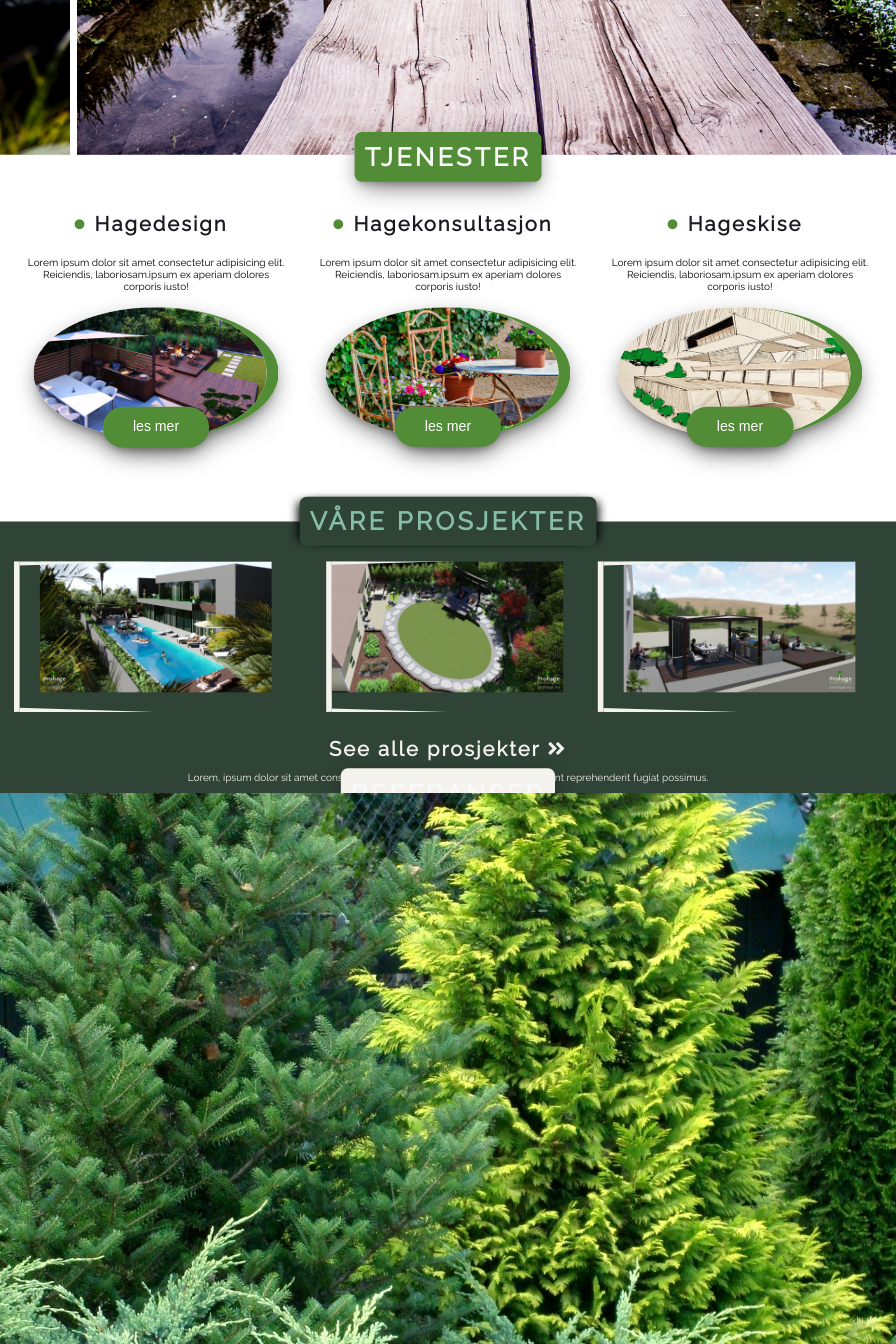
Repository: marinazzz/garden-design-website
Page: index.html
An editor plug-in stored every save of this project. The page is shown before and after the next save, followed by the edit.
The browser window is 1280 px wide. The pictures show the part of the page from y = 780 to 2700 px (the page is 4133 px tall), at 70% of full size.

Above is the page before, as saved 2020-04-05 13:35:27.

After the next save:
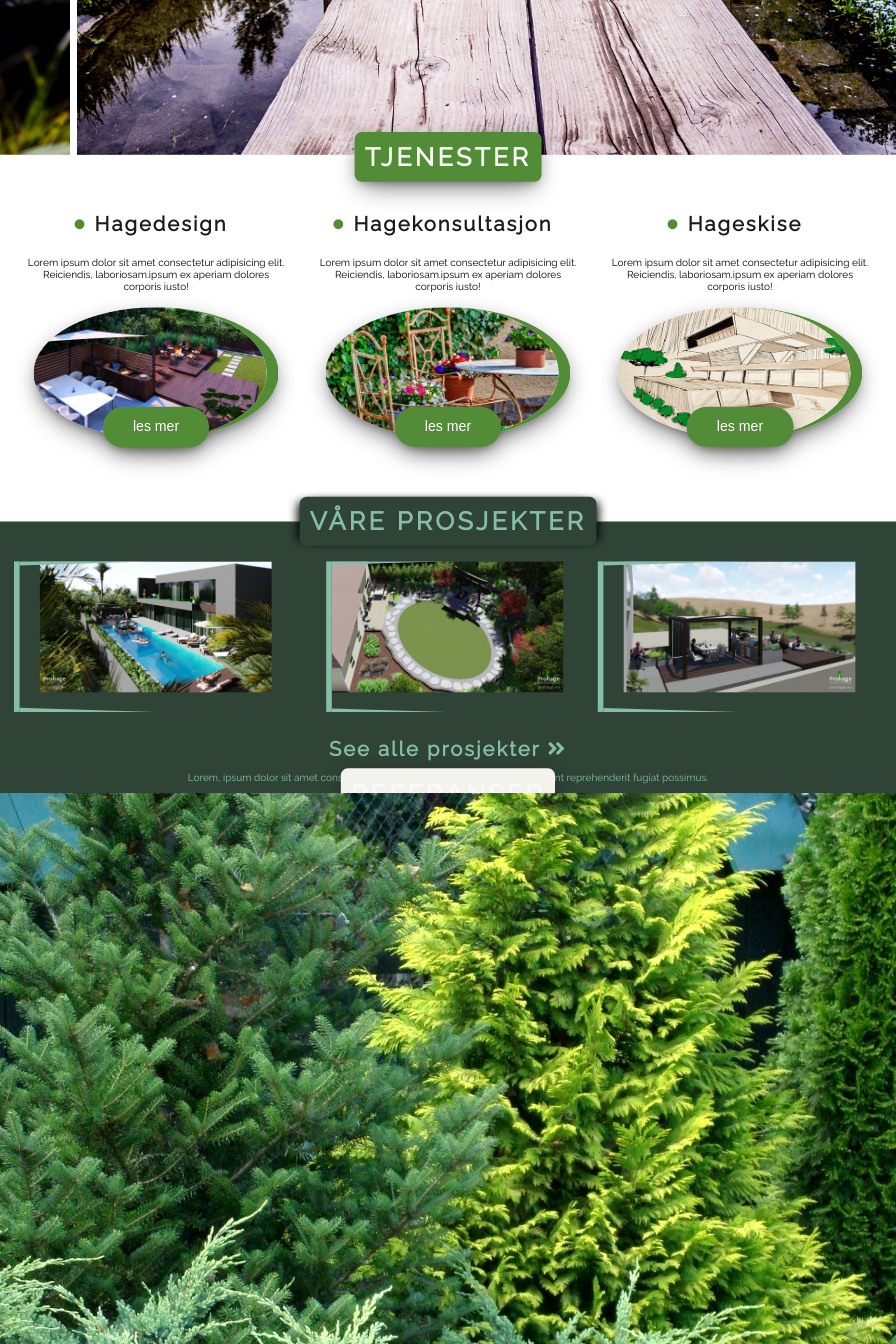
Saved 56 s later.
--- a/CSS/style.css
+++ b/CSS/style.css
@@ -384,7 +384,7 @@ body {
 .gallery__item-wrapp {
   position: relative;
   margin: 0 2rem 2rem 1.4rem;
-  border-left: solid 0.6rem var(--color-white);
+  border-left: solid 0.6rem var(--color-light-green);
   overflow: hidden;
 }
 
@@ -394,7 +394,7 @@ body {
   position: absolute;
   width: 100%;
   height: 1.25rem;
-  background-color: var(--color-white);
+  background-color: var(--color-light-green);
 }
 
 .gallery__item-wrapp:after {
@@ -419,7 +419,7 @@ body {
 
 .gallery__item-title,
 .gallery__txt {
-  color: var(--color-white);
+  color: var(--color-light-green);
   padding: 0 3rem;
 }
 
